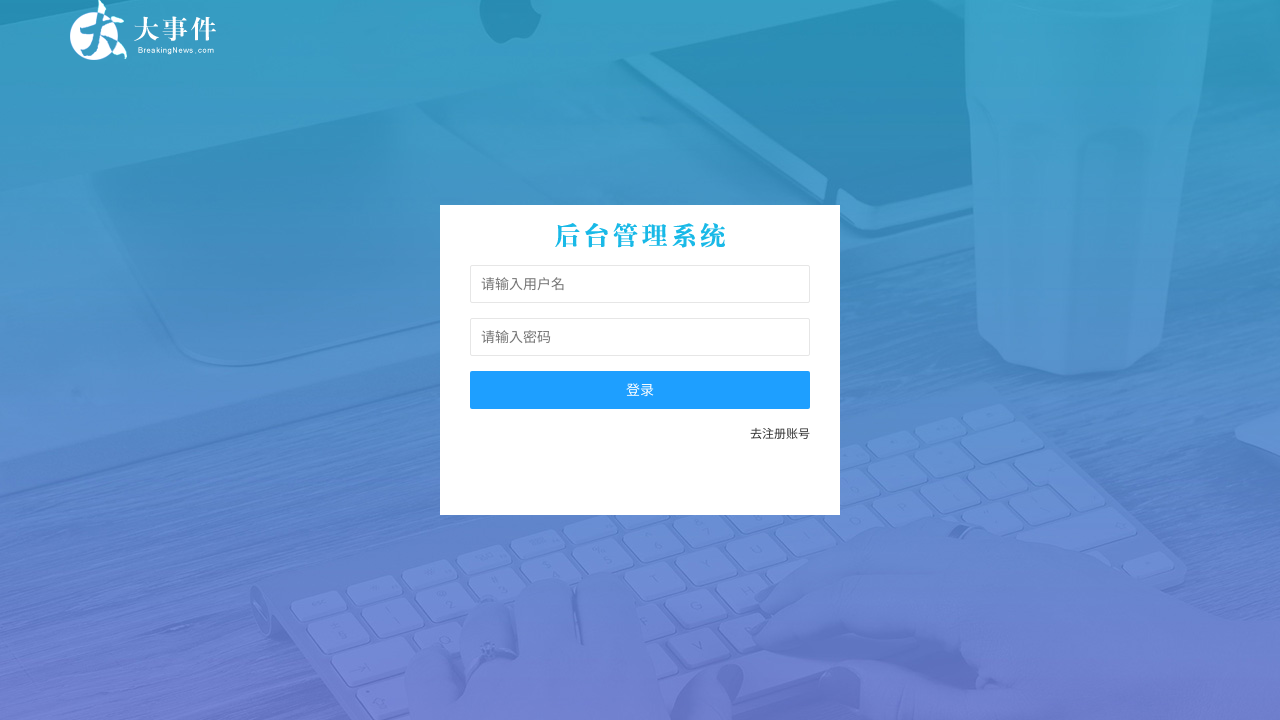
Repository: keyboying1/web_bigevent
Page: login.html
An editor plug-in stored every save of this project. The page is shown before and after the next save, followed by the edit.
The browser window is 1280 px wide. The pictures show the whole page.

Above is the page before, as saved 2022-11-18 15:43:34.

### login.html
<!DOCTYPE html>
<html lang="en">
<head>
    <meta charset="UTF-8">
    <meta http-equiv="X-UA-Compatible" content="IE=edge">
    <meta name="viewport" content="width=device-width, initial-scale=1.0">
    <title>大事件-注册/登录</title>
    <!-- 导入layui样式 -->
    <link rel="stylesheet" href="/assets/lib/layui/css/layui.css">
    <link rel="stylesheet" href="/assets/css/login.css">
</head>
<body>
    <!-- 头部logo区域 -->
    <div class="layui-main">
        <img src="/assets/images/logo.png" alt="" />
    </div>

    <!-- 登录注册区域 -->
    <div class="loginAndRegBox">
        <div class="title-box" ></div>
        <!-- 登录div -->
        <div class="login-box">
            <!-- 登陆的表单  -->
            <form class="layui-form" action="">
                <!-- 用户名 -->
                <div class="layui-form-item">
                    <input type="text" name="username" required  lay-verify="required" placeholder="请输入用户名" autocomplete="off" class="layui-input">
                </div>

                <!-- 密码 -->
                <div class="layui-form-item">
                    <input type="password" name="password" required  lay-verify="required" placeholder="请输入密码" autocomplete="off" class="layui-input">
                </div>
                <!-- 按钮 -->
                <div class="layui-form-item ">
                    <button class="layui-btn layui-btn-fluid layui-btn-normal" lay-submit >登录</button>

                </div>
                <div class="layui-form-item links">
                    <a href="javascript:;" id="link_reg">去注册账号</a>
                </div>
            </form>


        </div>
        <!-- 注册div -->
        <div class="reg-box">
            <a href="javascript:;" id="link_login">去登录</a>
        </div>
    </div>
    <!-- 导入jQuery -->
    <script src="/assets/lib/jquery.js"></script>
    <!-- 导入自己的js -->
    <script src="/assets/js/login.js"></script>
</body>
</html>

### assets/css/login.css
html,
body{
    margin:0;
    padding:0;
    height: 100%;
    width: 100%;
    background:url('/assets/images/login_bg.jpg')
    no-repeat center;
    background-size: cover;
}

.loginAndRegBox{
   width: 400px;
   height:310px;
   background-color: #fff;
   position: absolute;
   left: 50%;
   top: 50%;
   transform: translate(-50%,-50%);
}

.title-box{
    height: 60px;
    background: url("/assets/images/login_title.png")
    no-repeat center;
}
.reg-box{
    display: none;
}

.layui-form{
    padding:0 30px;
}

.links{
    display:flex;
    justify-content: flex-end;
}
.links a{
    font-size: 12px;
}

### assets/js/login.js
$(function(){
    //点击去注册账号链接
    $('#link_reg').on('click',function(){
        $('.login-box').hide()
        $('.reg-box').show()
    })

    //点击去登录的链接
    $('#link_login').on('click',function(){
        $('.login-box').show()
        $('.reg-box').hide()
    })
})

Loaded but not shown: assets/lib/layui/css/layui.css (library); assets/lib/jquery.js (library)

After the next save:
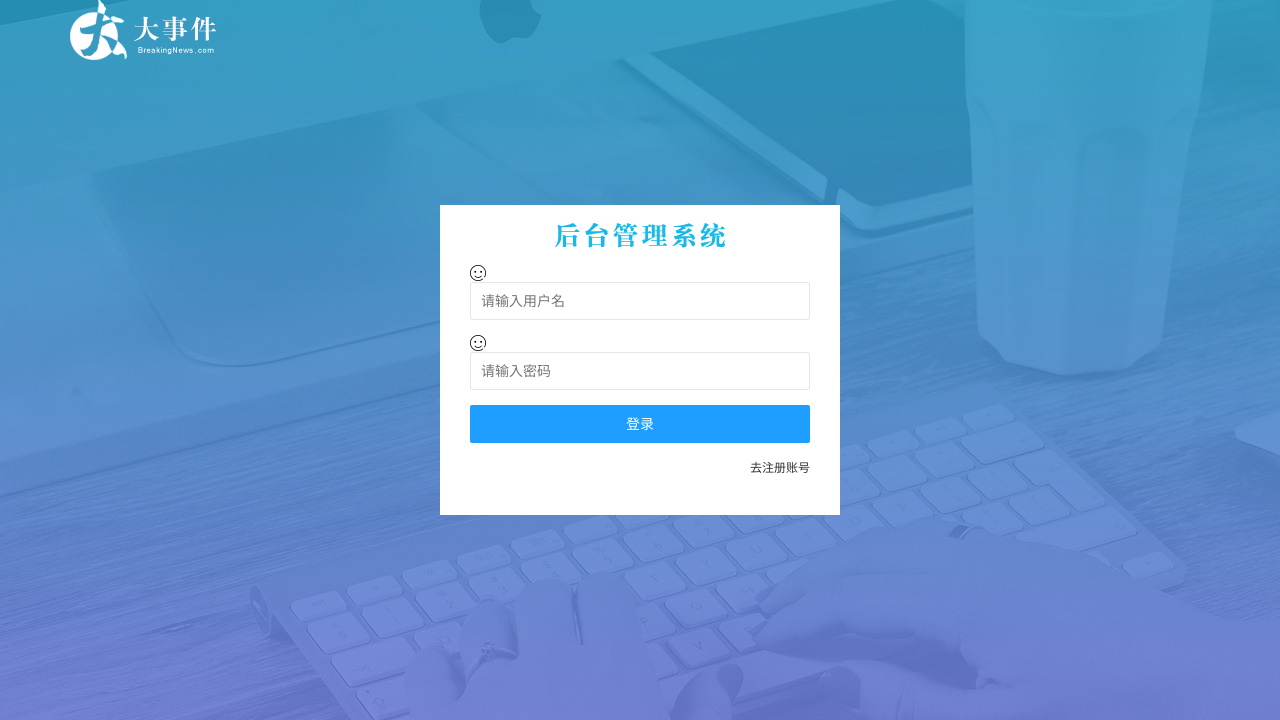
Saved 73 s later.
--- a/login.html
+++ b/login.html
@@ -24,11 +24,13 @@
             <form class="layui-form" action="">
                 <!-- 用户名 -->
                 <div class="layui-form-item">
+                    <i class="layui-icon layui-icon-face-smile"></i>
                     <input type="text" name="username" required  lay-verify="required" placeholder="请输入用户名" autocomplete="off" class="layui-input">
                 </div>
 
                 <!-- 密码 -->
                 <div class="layui-form-item">
+                    <i class="layui-icon layui-icon-face-smile"></i>
                     <input type="password" name="password" required  lay-verify="required" placeholder="请输入密码" autocomplete="off" class="layui-input">
                 </div>
                 <!-- 按钮 -->
